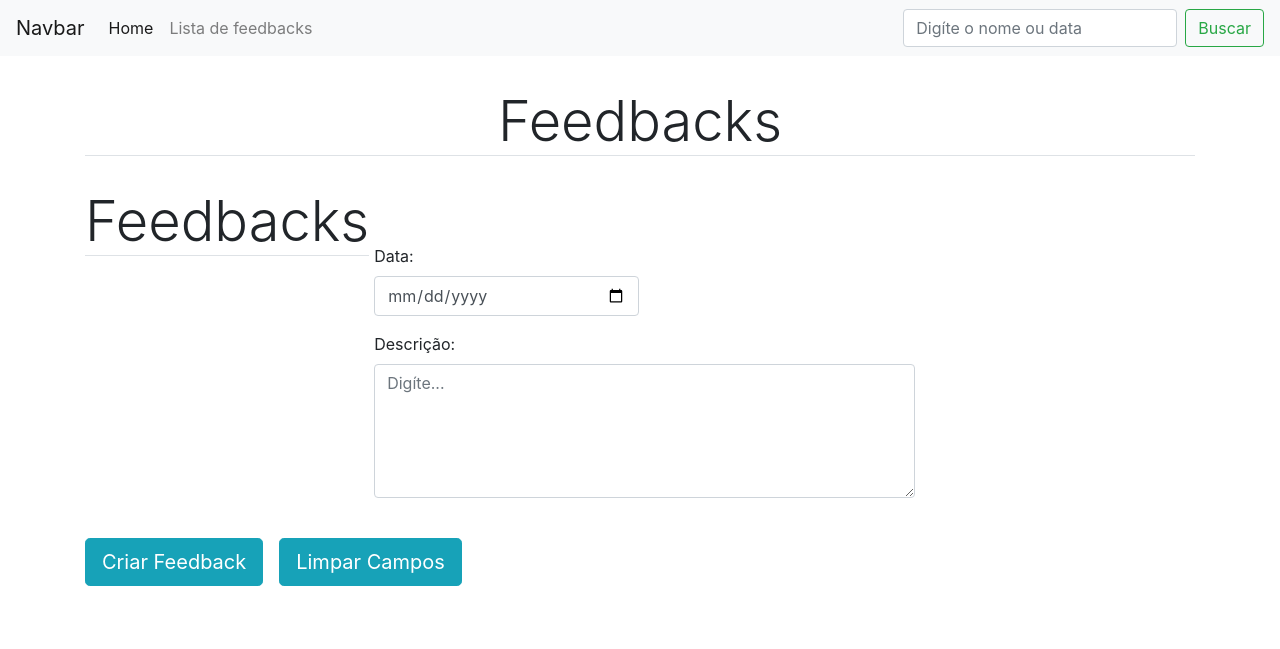
Repository: JulioSantooz/maisViagensSegundaVersao
Page: java-web(eclipse)/java-crud-mais-viagens/src/main/webapp/descricao.html
The author's editor kept a copy of each file at every save. The page is drawn from the files as they stood at one save, then again after the next save.
The browser window is 1280 px wide. The pictures show the whole page.
Some web libraries are served in a nearby version.

Above is the page before, as saved 2022-02-06 15:39:48.

### java-web(eclipse)/java-crud-mais-viagens/src/main/webapp/descricao.html
<!DOCTYPE html>
<html>
<head>
<meta charset="ISO-8859-1">
<link rel="stylesheet" href="https://maxcdn.bootstrapcdn.com/bootstrap/4.0.0/css/bootstrap.css">
<title>+Viagens - Feedbacks</title>
</head>
<body>

<nav class="navbar navbar-expand-lg navbar-light bg-light">
  <a class="navbar-brand" href="#">Navbar</a>
  <button class="navbar-toggler" type="button" data-toggle="collapse" data-target="#navbarSupportedContent" aria-controls="navbarSupportedContent" aria-expanded="false" aria-label="Toggle navigation">
    <span class="navbar-toggler-icon"></span>
  </button>

  <div class="collapse navbar-collapse" id="navbarSupportedContent">
    <ul class="navbar-nav mr-auto">
      <li class="nav-item active">
        <a class="nav-link" href="index.html">Home <span class="sr-only">(current)</span></a>
      </li>
      <li class="nav-item">
        <a class="nav-link" href="#">Lista de feedbacks</a>
      </li>
    </ul>
    <form class="form-inline my-2 my-lg-0">
      <input name="pesquisa" class="form-control mr-sm-2" type="search" placeholder="Digíte o nome ou data" aria-label="Search">
      <button class="btn btn-outline-success my-2 my-sm-0" type="submit">Buscar</button>
    </form>
  </div>
</nav>

<main class="container text-center mt-3">
	<div class="row">
		<div class="col-12">
			<h1 class="display-4 my-3 border-bottom">Feedbacks</h1>
			<form action="CreateAndFind" method="POST">
			<h1 class="display-4 my-3 border-bottom float-left">Feedbacks</h1><br>
                <div class="form-row mt-5 d-flex flex-column">
                    <div class="form-group col-4">
                        <label for="" class="float-left">Data:</label>
                        <input name="data" type="date" class="form-control" id="">
                    </div>
                    <div class="form-group col-8">
                        <label for="" class="float-left">Descrição:</label>
                        <textarea name="descricao" maxlength="300" class="form-control" id="" rows="5" placeholder="Digíte..."></textarea>
                    </div>
                </div>
                <button type="submit" class="btn btn-lg btn-info my-4 float-left">Criar Feedback</button>
                <button type="reset" class="btn btn-lg btn-info ml-3 my-4 float-left">Limpar Campos</button>
            </form>
		</div>
	</div>
</main>


<script src="https://code.jquery.com/jquery-3.2.1.slim.min.js"></script>
<script src="https://cdnjs.cloudflare.com/ajax/libs/popper.js/1.12.9/umd/popper.min.js"></script>
<script src="https://maxcdn.bootstrapcdn.com/bootstrap/4.0.0/js/bootstrap.js"></script>

</body>
</html>

After the next save:
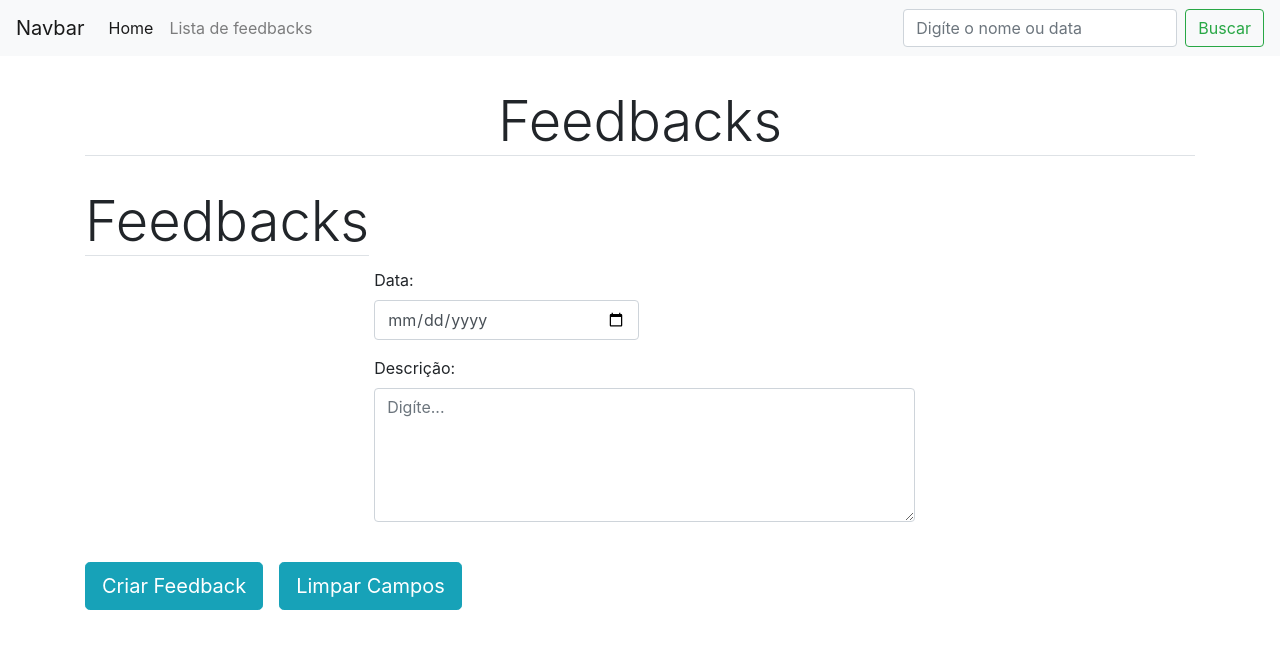
Saved 18 s later.
--- a/java-web(eclipse)/java-crud-mais-viagens/src/main/webapp/descricao.html
+++ b/java-web(eclipse)/java-crud-mais-viagens/src/main/webapp/descricao.html
@@ -34,7 +34,7 @@
 		<div class="col-12">
 			<h1 class="display-4 my-3 border-bottom">Feedbacks</h1>
 			<form action="CreateAndFind" method="POST">
-			<h1 class="display-4 my-3 border-bottom float-left">Feedbacks</h1><br>
+			<h1 class="display-4 my-3 border-bottom float-left">Feedbacks</h1><br><br>
                 <div class="form-row mt-5 d-flex flex-column">
                     <div class="form-group col-4">
                         <label for="" class="float-left">Data:</label>
